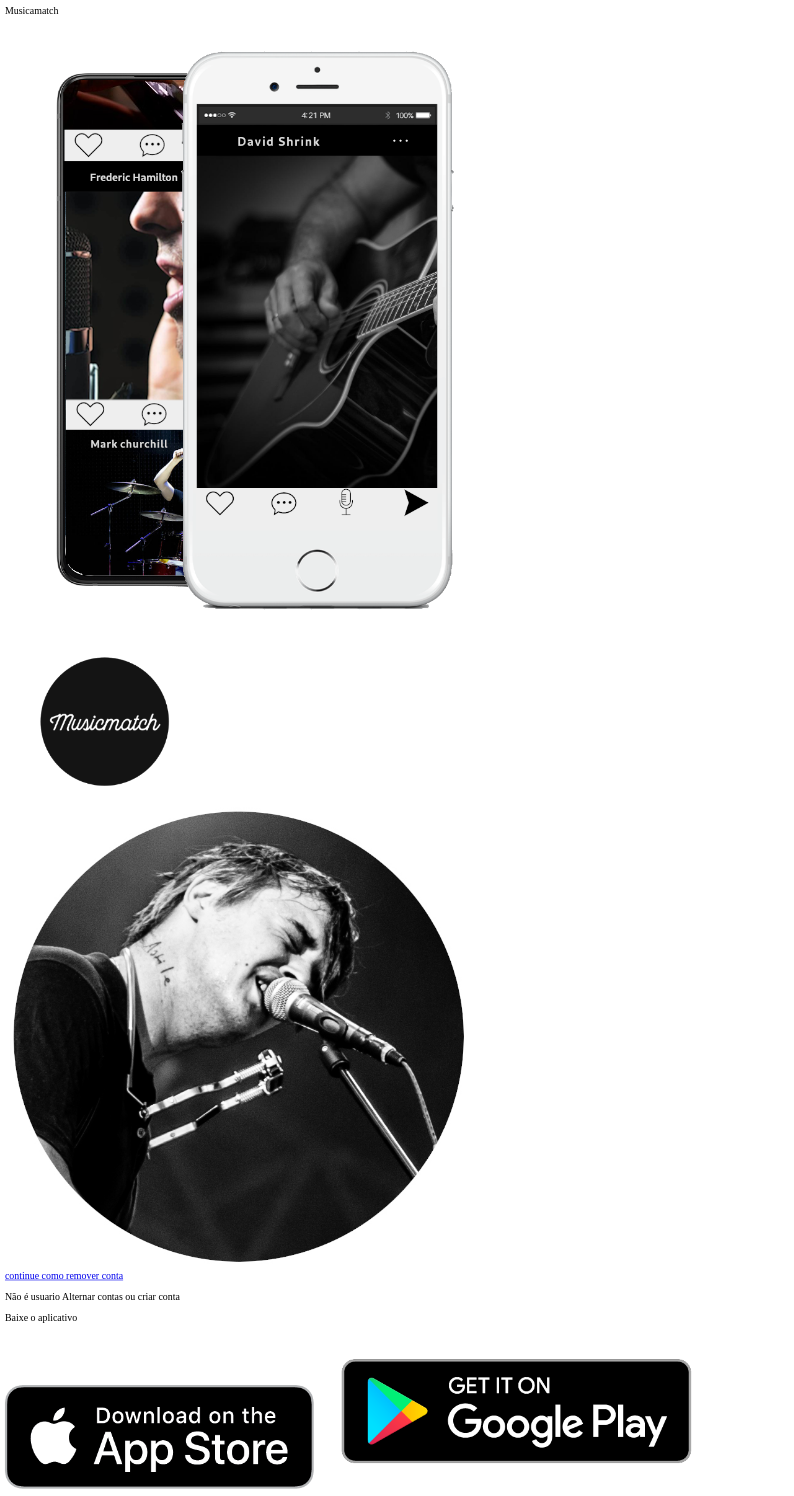
Repository: julianopedraca/matchmusic
Page: index.html
The author's editor kept a copy of each file at every save. The page is drawn from the files as they stood at one save, then again after a run of saves.
The browser window is 1280 px wide. The pictures show the whole page, at 62% of full size.

Above is the page before, as saved 2022-06-09 20:45:12.

### index.html
<!DOCTYPE html>
<html lang="en">

<head>
    <meta charset="UTF-8">
    <meta http-equiv="X-UA-Compatible" content="IE=edge">
    <meta name="viewport" content="width=device-width, initial-scale=1.0">
    <link rel="stylesheet" href=""
    <title>Musicamatch</title>
</head>

<body>
    <div class="musicmatch-wrapper">
        <div class="musicmatch-phone">
            <img src="/src/guitarman.png" alt="celular">
        </div>
        <div class="matchmusic-continue">
            <img src="/src/musicmatchlogo.png" alt="logo">
            <div class="profile-photo">
                <img src="/src/music-black-and-white-photography-guitar-concert-singer-99116-pxhere.com.jpg" alt="foto perfil" >
            </div>
            <a href="#" class="musicmatch-login">continue como </a>
            <a href="#" class="misicmatch-logout"> remover conta</a>
        </div>
        <div class="group">
            <p class="not-account">Não é usuario
                <span class="link-blue">Alternar contas</span>
                ou
                <span class="link-blue">criar conta</span>
            </p>
        </div>
        <div class="get-the-app">
            <p class="get-app">Baixe o aplicativo</p>
            <div class="app-store">
                <img src="/src/5a902db97f96951c82922874.png" alt="app store">
                <img src="/src/5a902dbf7f96951c82922875.png" alt="google play">
        </div>
    </div>
</body>

</html>

### style.css
*{
    padding:0;
    margin: 0;
    box-sizing: border-box;
    text-decoration: none;
    font-family: sans-serif;
    font-size: 14px;
}

body{
    width: 100%;
    min-height: 100vh;
    background-color: rgb(243,243,243);
    margin: 0;
    padding: 0;
    display: flex;
    justify-content: center;

}

After the next 3 saves:
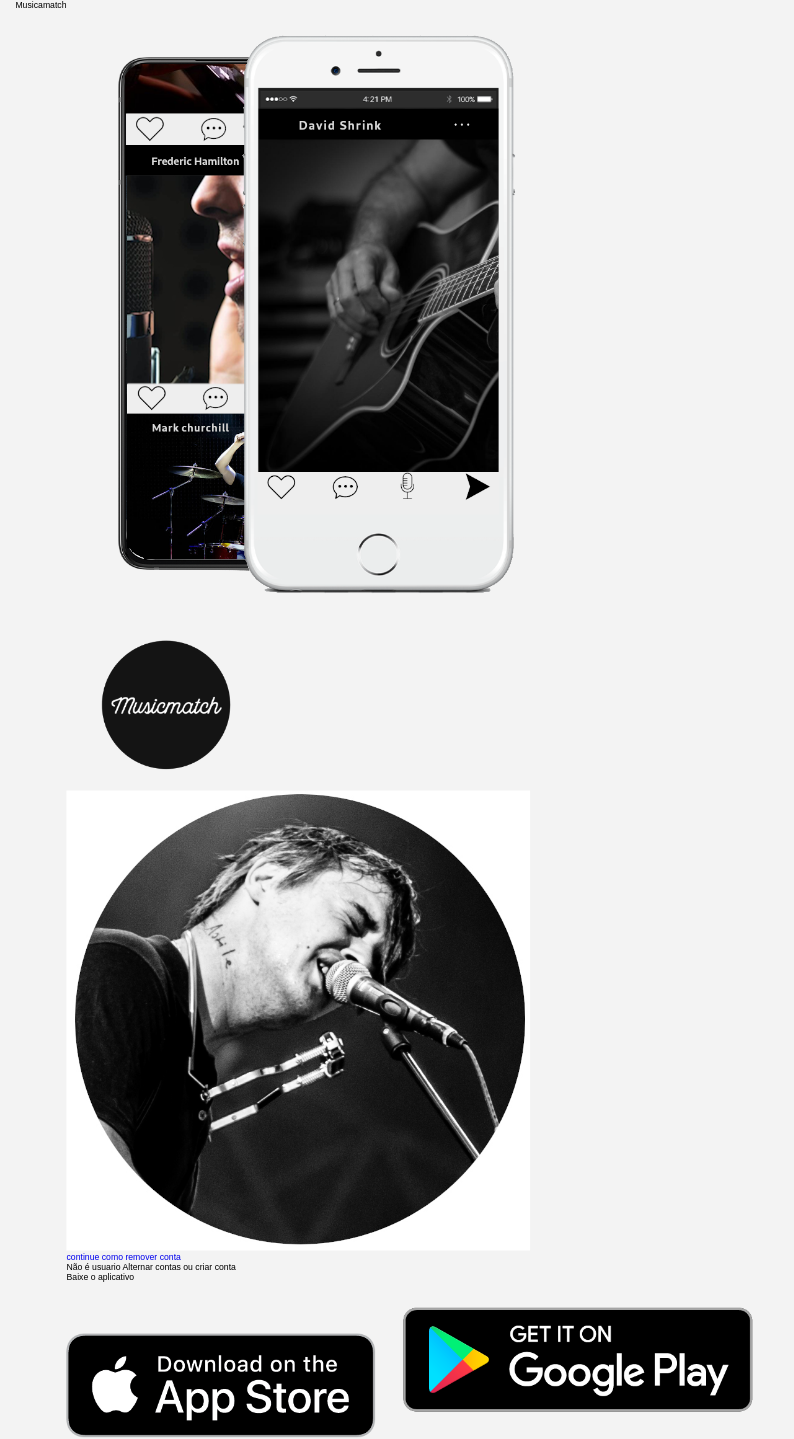
The 3 saves are shown as one change because they came seconds apart.
The last was saved 10 s later.
--- a/index.html
+++ b/index.html
@@ -5,7 +5,7 @@
     <meta charset="UTF-8">
     <meta http-equiv="X-UA-Compatible" content="IE=edge">
     <meta name="viewport" content="width=device-width, initial-scale=1.0">
-    <link rel="stylesheet" href=""
+    <link rel="stylesheet" href="style.css" </
     <title>Musicamatch</title>
 </head>
 
